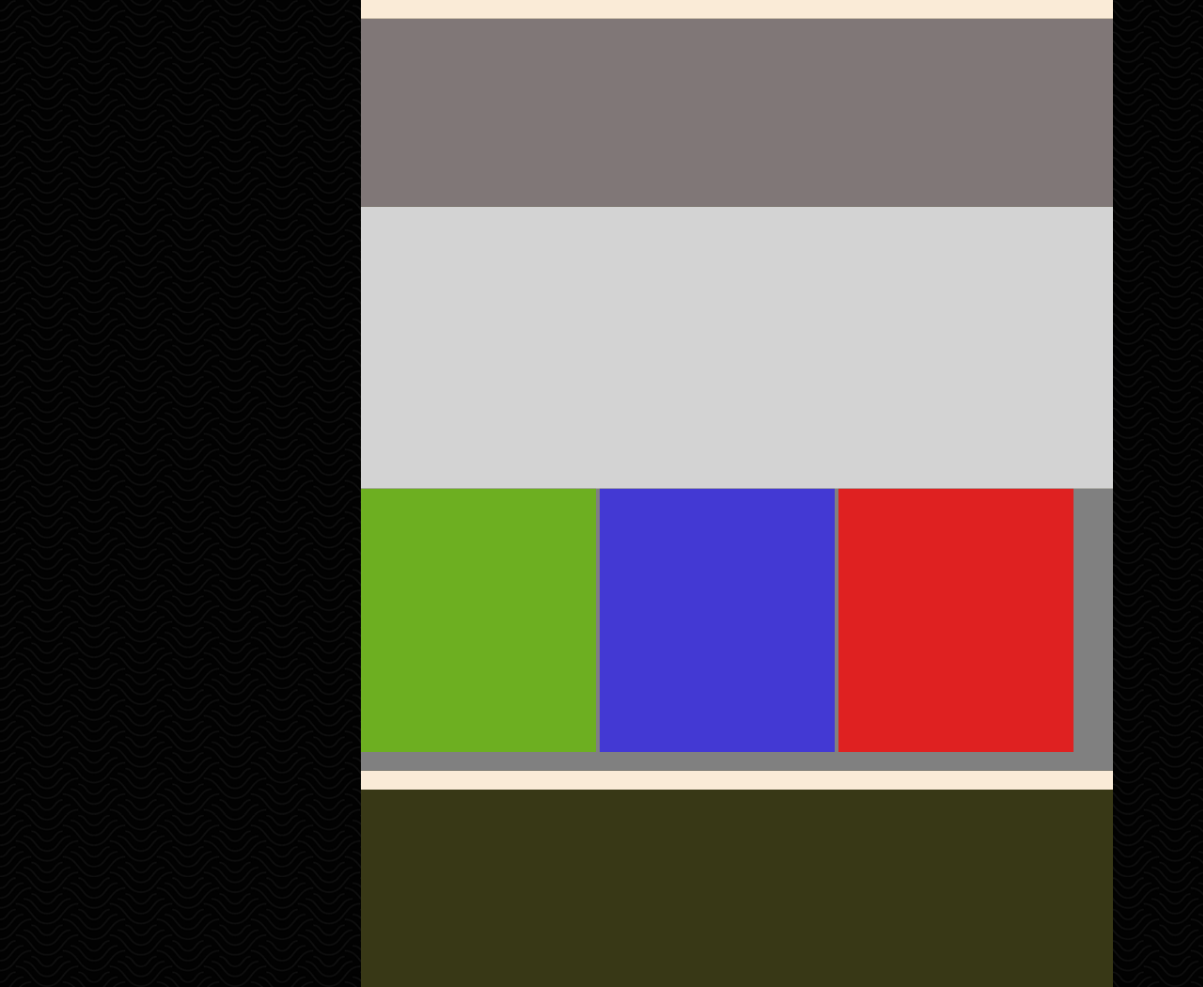
Repository: roge64/htmlfrontend
Page: index.html
These files come from the project's save history. The page is drawn as it stood at one moment and after the next save; the edit follows.
The browser window is 1280 px wide. The pictures show the whole page, at 94% of full size.

Above is the page before, as saved 2022-03-02 12:06:16.

After the next save:
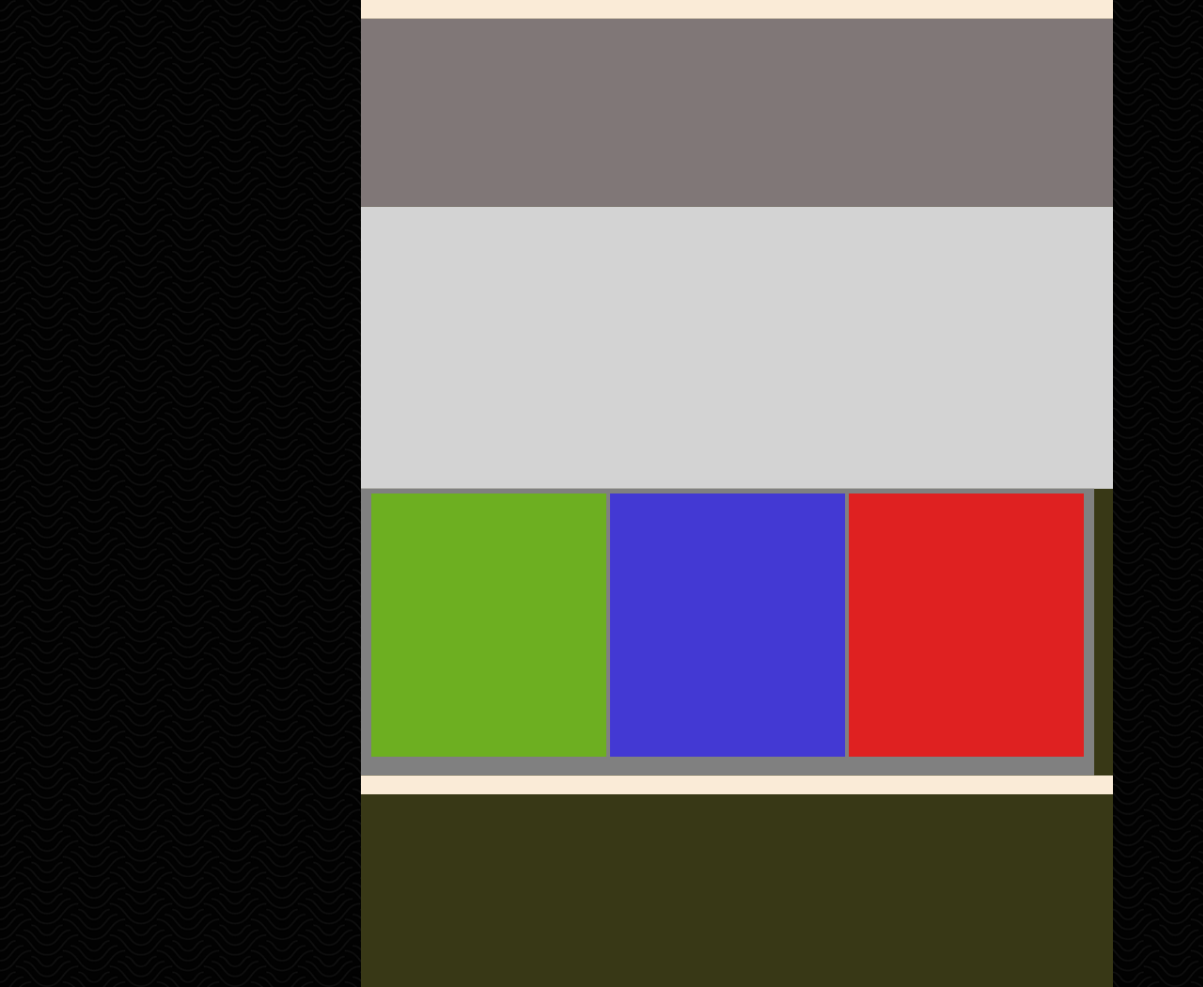
Saved 112 s later.
--- a/estilos/estilos.css
+++ b/estilos/estilos.css
@@ -42,6 +42,11 @@
 #tienda{
     background-color: grey;
     height: 300px;
+    width: 760px;
+    padding-left: 10px;
+    padding-right: 10px;
+    padding-top: 5px;
+    text-align: center;
 }
 
 footer{
